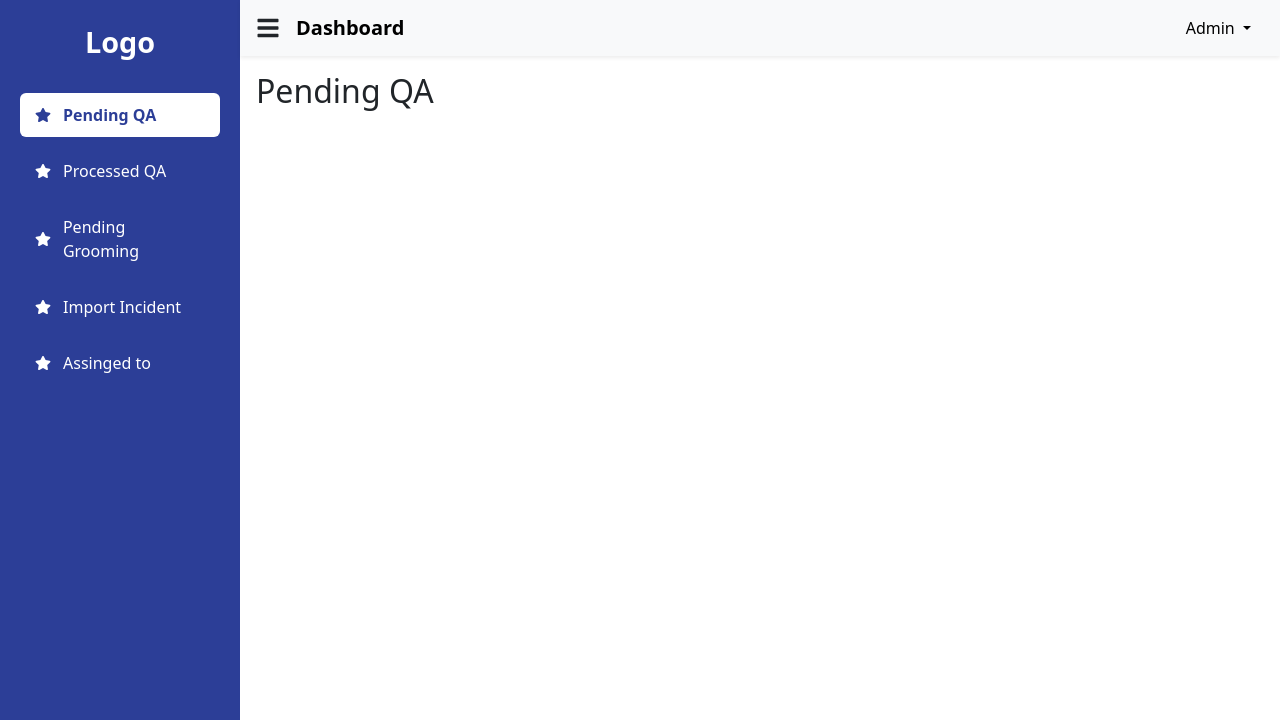
Repository: ArunGOW/ServiceNow_QA-audit
Page: /dashboard/pending-qa
An editor plug-in stored every save of this project. The page is shown before and after the next save, followed by the edit.
The browser window is 1280 px wide. The pictures show the whole page.
The page's requests for data from a server got no answer. The project was rebuilt for these pictures with package versions that can differ from the ones it lists, and the page was loaded fresh each time. No one was signed in, and anything a server would have sent is missing. Also part of the build but not shown: vite.config.js, src/components/Login.jsx, src/components/layout/Topbar.css, src/components/tables/ProcessedQATable.jsx, src/pages/ProcessedQAPage.jsx, src/pages/GroomingPage.jsx, src/pages/ImportIncidentPage.jsx.

Above is the page before, as saved 2025-09-09 21:25:29.

After the next save:
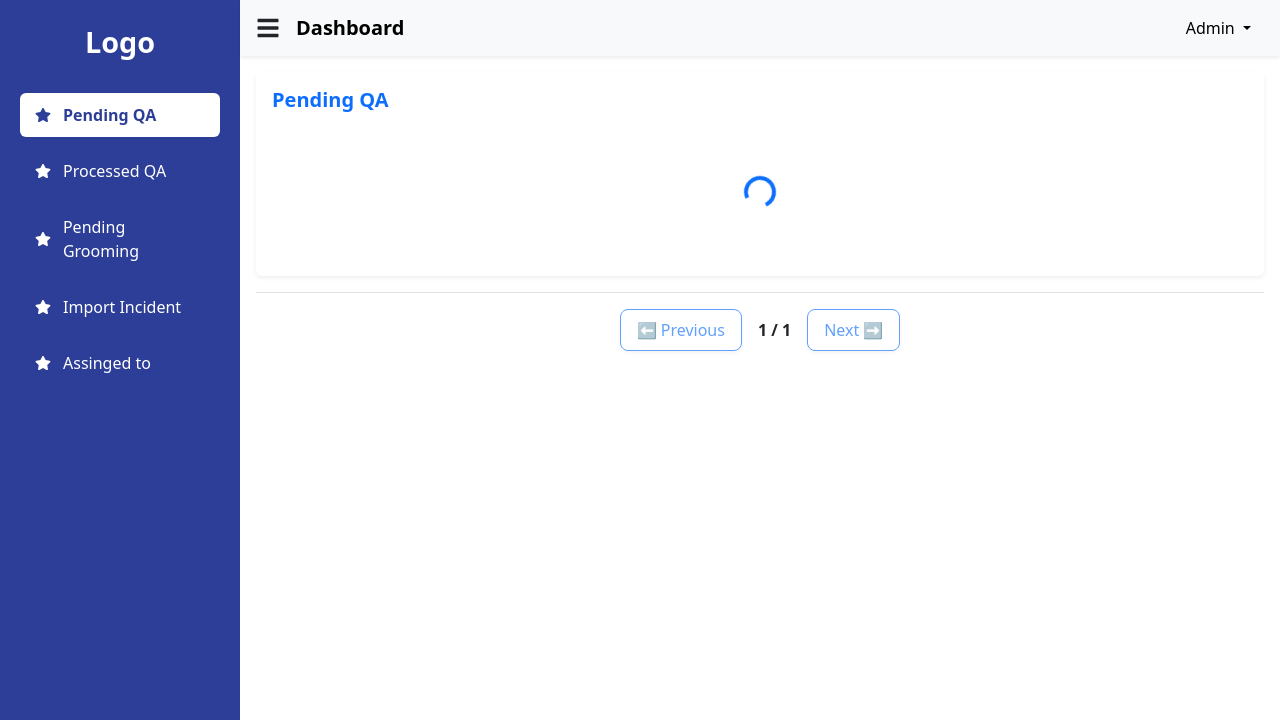
Saved 70 s later.
--- a/src/pages/PendingQAPage.jsx
+++ b/src/pages/PendingQAPage.jsx
@@ -47,41 +47,25 @@
 
 // export default PendingQAPage;
 
-import axios from "axios";
-import { useEffect } from "react";
+import { useState } from "react";
+import useIncidents from "../hooks/useIncidents";
+import PendingQATable from "../components/tables/PendingQATable";
+import PaginationControls from "../components/PaginationControls";
 
 const PendingQAPage = () => {
-  useEffect(() => {
-    const fetchIncidents = async () => {
-      try {
-        console.log("Sending request to API...");
-        const res = await axios.post(
-          "http://127.0.0.1:8000/api/users/get/incidents",
-          {
-            skip: 0,
-            limit: 10,
-            // 👇 Try adding required fields if your backend needs them
-            status: "pending",
-          }
-        );
-        console.log("✅ API Response:", res.data);
-      } catch (err) {
-        if (err.response) {
-          console.error("❌ API Error Response:", err.response.data);
-          console.error("❌ Status Code:", err.response.status);
-        } else {
-          console.error("❌ Request Error:", err.message);
-        }
-      }
-    };
-
-    fetchIncidents();
-  }, []);
+  const [currentPage, setCurrentPage] = useState(1);
+  const { pendingIncidents, loading, totalPages } = useIncidents(currentPage);
 
   return (
-    <div>
-      <h2>Pending QA</h2>
-    </div>
+    <>
+      <PendingQATable incidents={pendingIncidents} loading={loading} />
+      <PaginationControls
+        currentPage={currentPage}
+        totalPages={totalPages}
+        handlePrevious={() => setCurrentPage(p => Math.max(p - 1, 1))}
+        handleNext={() => setCurrentPage(p => p + 1)}
+      />
+    </>
   );
 };
 
